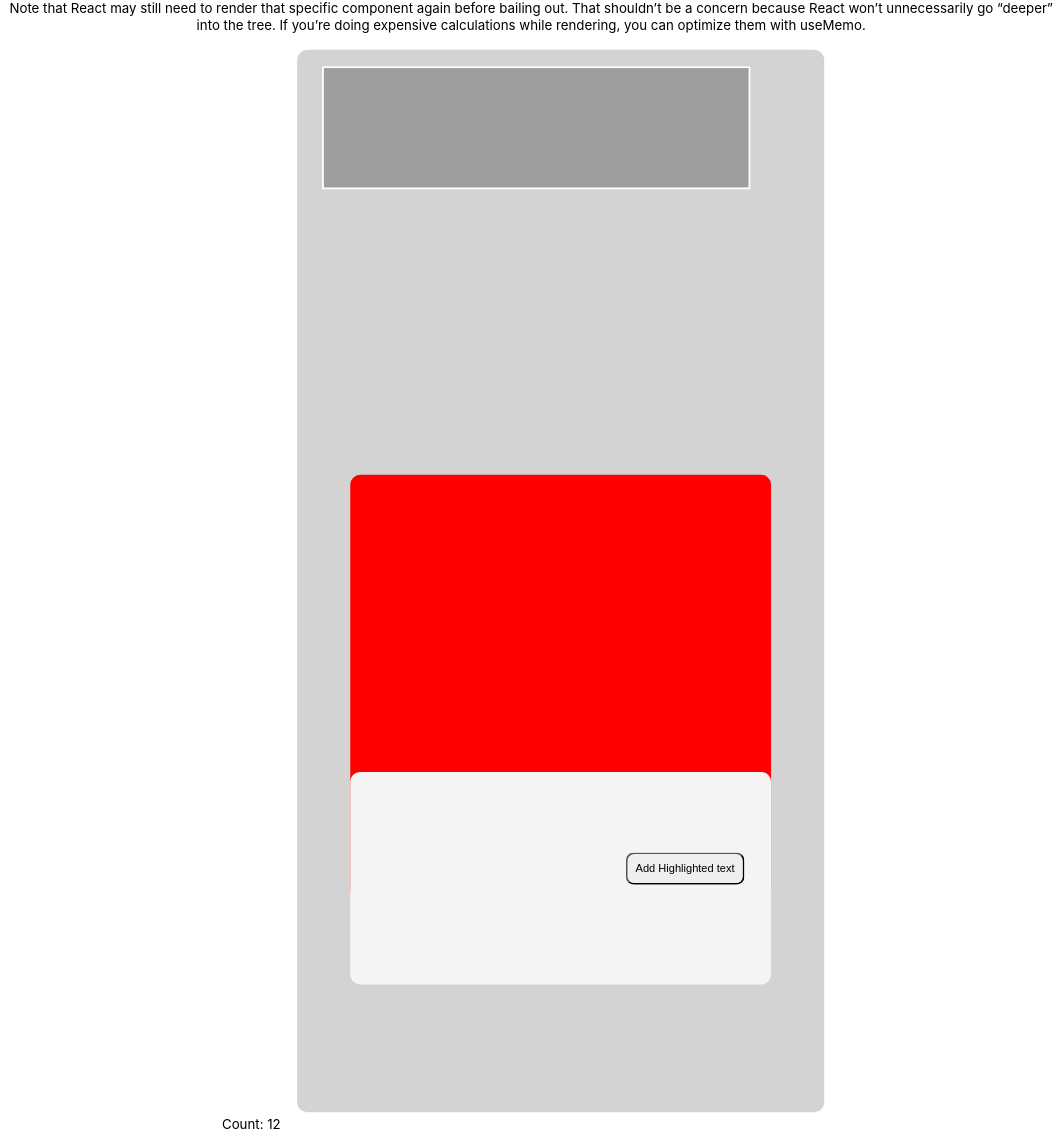
Repository: Farbod29/React-text-highlighter-with-hook-
Page: /
An editor plug-in stored every save of this project. The page is shown before and after a run of saves, followed by the edit.
The browser window is 1280 px wide. The pictures show the whole page, at 83% of full size.
Pictures or frames that could not be fetched are drawn as grey boxes. The project was rebuilt for these pictures with package versions that can differ from the ones it lists, and the page was loaded fresh each time.

Above is the page before, as saved 2022-02-18 23:07:39.

After the next 3 saves:
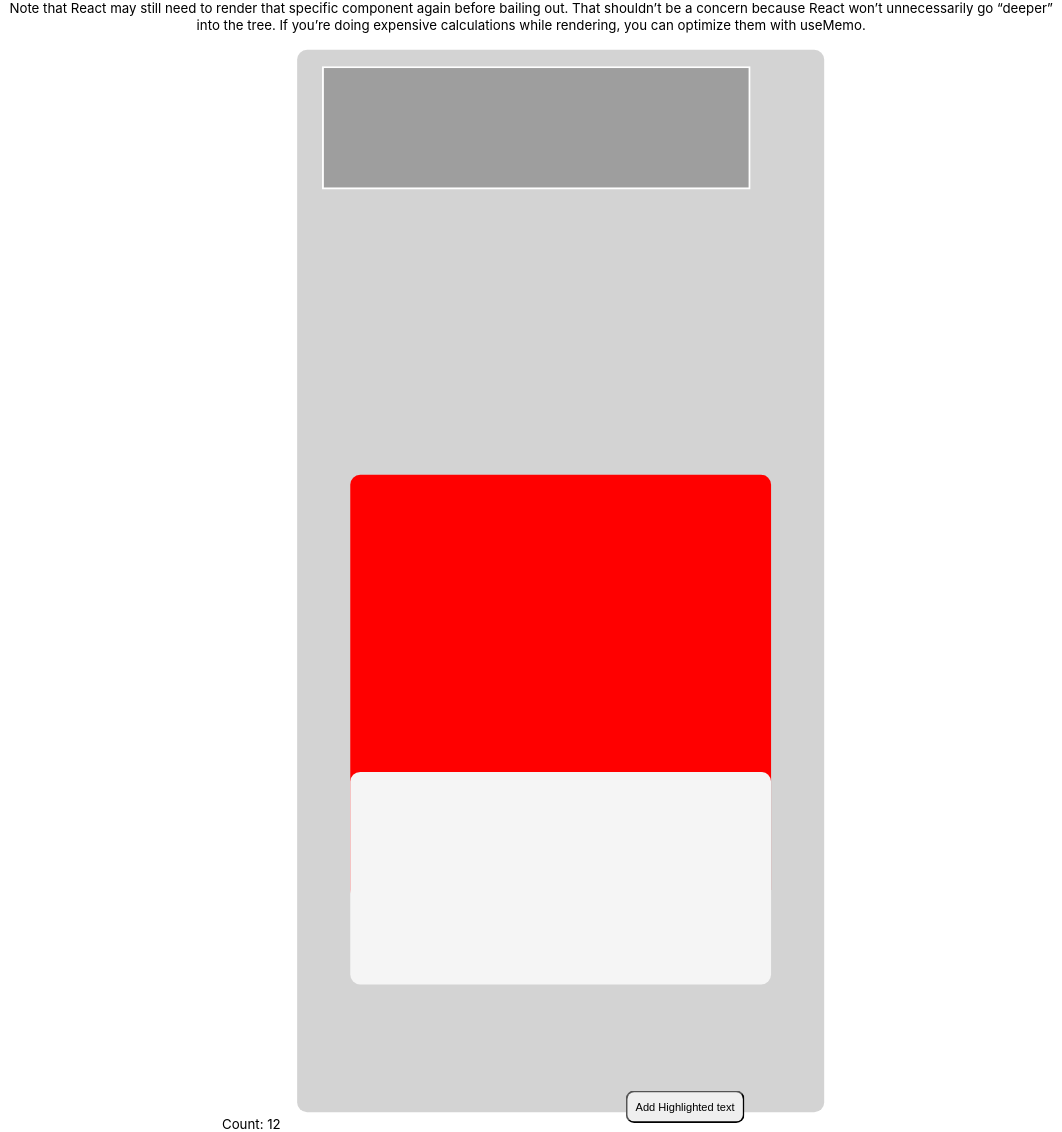
The 3 saves are shown as one change because they came seconds apart.
The last was saved 18 s later.
--- a/src/highlighter.js
+++ b/src/highlighter.js
@@ -79,7 +79,7 @@ export default function Highlighter() {
             left: '25vw',
             right: '2vw',
             width: '23vw',
-            height: '300px',
+            height: '13px',
           }}
         >
           <button
